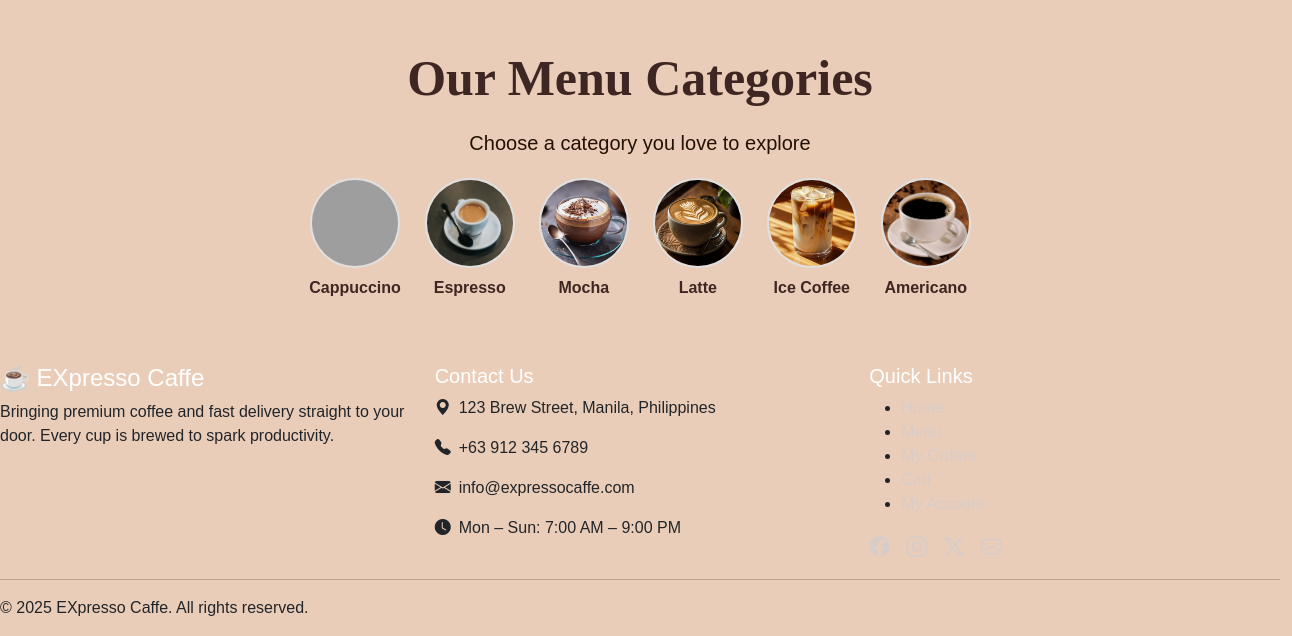
Repository: celestemoneda8-byte/coffee
Page: http://localhost/customer/pages/index.php
The author's editor kept a copy of each file at every save. The page is drawn from the files as they stood at one save, then again after the next save.
The browser window is 1280 px wide. The page is 1292 px wide, so the pictures cover 1292 px, including what lies to the right of the window. The pictures show the part of the page from y = 759 to 1395 px (the page is 1395 px tall before and 1388 px after).
Pictures or frames that could not be fetched are drawn as grey boxes. The page is run by PHP 8.4 with error messages shown; the project is at /var/www/html/.

Above is the page before, as saved 2025-12-17 06:05:10.

### customer/pages/index.php
<?php
session_start();
require_once "../config/db_connect.php";
?>
<!DOCTYPE html>
<html lang="en">
<head>
  <meta charset="UTF-8">
  <meta name="viewport" content="width=device-width, initial-scale=1.0">
  <title>Welcome to Expresso Café</title>
  <link href="https://fonts.googleapis.com/css2?family=Poppins:wght@400;500;700&display=swap" rel="stylesheet">
  <link href="https://cdn.jsdelivr.net/npm/bootstrap@5.3.0/dist/css/bootstrap.min.css" rel="stylesheet">
  <link href="https://cdn.jsdelivr.net/npm/bootstrap-icons@1.11.3/font/bootstrap-icons.css" rel="stylesheet">
  <link rel="stylesheet" href="../css/index.css">
</head>

<body>

<header>
  <nav class="navbar navbar-expand-lg" style="background: #3e2723; padding: 12px 20px; box-shadow: 0 2px 10px rgba(0,0,0,0.15);">
    <div class="container-fluid">

      <a class="navbar-brand navbar-brand-custom d-flex align-items-center gap-2" href="index.php">
        <img src="../images/expresso-logo.png" alt="Expresso Logo" style="height: 55px; width: auto;">
        <span style="font-weight: 700; color: #f5e6d8; font-size: 1.3rem;">EXpresso Caffe</span>
      </a>

      <button class="navbar-toggler" type="button" data-bs-toggle="collapse" data-bs-target="#navbarNav" style="border-color: #d4a574;">
        <span class="navbar-toggler-icon" style="filter: invert(1);"></span>
      </button>

      <div class="collapse navbar-collapse" id="navbarNav">
        <ul class="navbar-nav mx-auto mb-2 mb-lg-0 gap-2">
          <li class="nav-item"><a class="nav-btn btn" href="index.php" style="color: #f5e6d8; border-color: #d4a574;">Home</a></li>
          <li class="nav-item"><a class="nav-btn btn" href="menu.php" style="color: #f5e6d8; border-color: #d4a574;">Menu</a></li>
          <li class="nav-item"><a class="nav-btn btn" href="#contact" style="color: #f5e6d8; border-color: #d4a574;">About Us</a></li>
          <li class="nav-item"><a class="nav-btn btn" href="#contact" style="color: #f5e6d8; border-color: #d4a574;">Contact</a></li>
        </ul>

        <a href="<?= isset($_SESSION['customer_id']) ? 'logout.php' : 'login.php'; ?>" class="btn-login text-decoration-none" style="background: #d4a574; color: #3e2723;">
          <?= isset($_SESSION['customer_id']) ? 'Logout' : 'Login'; ?>
        </a>


      </div>
    </div>
  </nav>
</header>
<!-- HOME CAROUSEL -->
<div id="homeCarousel" class="carousel slide" data-bs-ride="carousel">

  <div class="carousel-inner">

    <!-- FIRST SLIDE (tagline + button on left side, no logo) -->
    <div class="carousel-item active">
      <img src="../images/expresso-background.jpg" class="d-block w-100" style="height: 93vh; object-fit: cover;">

      <div class="carousel-caption d-flex flex-column align-items-start justify-content-center"
           style="top: 50%; left: 8%; transform: translateY(-50%); text-align: left; max-width: 450px;">

        <h1 class="home-title mb-3" style="font-size: 2.5rem; font-weight: 700; color: #3e2723; line-height: 1.2;">
          Want a productive day?
        </h1>

        <p class="home-tagline mb-4" style="font-size: 1.3rem; color: #5d4037;">
          Get a shot of Expresso Coffee.
        </p>

        <a href="<?= isset($_SESSION['customer_id']) ? 'menu.php' : 'register.php' ?>" id="orderNowBtn" class="cssbuttonsIoButton text-decoration-none">
          Order Now!
          <div class="icon">
            <svg height="24" width="24" viewBox="0 0 24 24">
              <path d="M16.172 11l-5.364-5.364 1.414-1.414L20 12l-7.778 7.778-1.414-1.414L16.172 13H4v-2z"
                fill="currentColor"></path>
            </svg>
          </div>
        </a>

      </div>
    </div>

    <!-- SECOND SLIDE -->
    <div class="carousel-item">
      <img src="../images/carousel-image2.jpg" class="d-block w-100" style="height: 93vh; object-fit: cover;">
    </div>

    <!-- THIRD SLIDE -->
    <div class="carousel-item">
      <img src="../images/carousel-image3.jpg" class="d-block w-100" style="height: 93vh; object-fit: cover;">
    </div>

  </div>

  <!-- CONTROLS -->
  <button class="carousel-control-prev" type="button" data-bs-target="#homeCarousel" data-bs-slide="prev">
    <span class="carousel-control-prev-icon"></span>
  </button>

  <button class="carousel-control-next" type="button" data-bs-target="#homeCarousel" data-bs-slide="next">
    <span class="carousel-control-next-icon"></span>
  </button>

</div>
<!-- MENU SECTION -->
<section id="menu" class="menu-section mt-5 mb-5">

  <div class="text-center">
    <h2 class="menu-title-custom">Our Menu Categories</h2>
    <p class="menu-subtitle">Choose a category you love to explore</p>
  </div>

  <!-- Categories (unchanged) -->
  <div class="menu-categories d-flex justify-content-center flex-wrap gap-4 mb-5">
    <!-- SAME AS YOUR HTML -->
    <div class="menu-item text-center category-btn" data-category="cappuccino">
      <img src="../images/cappuccino.jpg"><p>Cappuccino</p>
    </div>

    <div class="menu-item text-center category-btn" data-category="espresso">
      <img src="../images/espresso.jpg"><p>Espresso</p>
    </div>

    <div class="menu-item text-center category-btn" data-category="mocha">
      <img src="../images/mocha.jpg"><p>Mocha</p>
    </div>

    <div class="menu-item text-center category-btn" data-category="latte">
      <img src="../images/latte.jpg"><p>Latte</p>
    </div>

    <div class="menu-item text-center category-btn" data-category="ice-coffee">
      <img src="../images/ice-coffee.jpg"><p>Ice Coffee</p>
    </div>

    <div class="menu-item text-center category-btn" data-category="americano">
      <img src="../images/americano.jpg"><p>Americano</p>
    </div>
  </div>
</section>

<script src="https://cdn.jsdelivr.net/npm/bootstrap@5.3.0/dist/js/bootstrap.bundle.min.js"></script>
<script>
// Handle category button clicks to navigate to menu with selected category
document.querySelectorAll(".category-btn").forEach(btn => {
  btn.addEventListener("click", function() {
    const category = this.getAttribute("data-category");
    // Redirect to menu page with category parameter
    window.location.href = `menu.php?category=${encodeURIComponent(category)}`;
  });
});
</script>
<?php require_once 'footer.php'; ?>
</body>
</html>

### customer/config/db_connect.php
<?php
// db_connect.php - Customer side database connection
// Create a mysqli $conn variable for use throughout the application

$DB_HOST = '127.0.0.1';
$DB_USER = 'root';
$DB_PASS = ''; // set if you have a password
$DB_NAME = 'expresso_caffe'; // change to your DB name
$DB_PORT = 3306; // usually 3306

// Create connection and expose $conn variable
$conn = new mysqli($DB_HOST, $DB_USER, $DB_PASS, $DB_NAME, $DB_PORT);

// Check connection
if ($conn->connect_errno) {
    // Log the real error and show a friendly message
    error_log("MySQL connection error ({$conn->connect_errno}): {$conn->connect_error}");
    // In development you may want to see the error:
    // die("Database connection failed: " . $conn->connect_error);
    // For production:
    die("Database connection error. Please check logs.");
}

// Optional: set charset
if (! $conn->set_charset('utf8mb4')) {
    error_log("Failed to set DB charset: " . $conn->error);
}
?>

### customer/pages/footer.php
<footer id="contact" class="footer">
  <div class="footer-container">

    <div class="row">

      <!-- Brand -->
      <div class="col-md-4 footer-section">
        <h4 class="footer-title">☕ EXpresso Caffe</h4>
        <p>
          Bringing premium coffee and fast delivery straight to your door.
          Every cup is brewed to spark productivity.
        </p>
      </div>

      <!-- Contact Info -->
      <div class="col-md-4 footer-section">
        <h5 class="footer-subtitle">Contact Us</h5>
        <p><i class="bi bi-geo-alt-fill me-2"></i>123 Brew Street, Manila, Philippines</p>
        <p><i class="bi bi-telephone-fill me-2"></i>+63 912 345 6789</p>
        <p><i class="bi bi-envelope-fill me-2"></i>info@expressocaffe.com</p>
        <p><i class="bi bi-clock-fill me-2"></i>Mon – Sun: 7:00 AM – 9:00 PM</p>
      </div>

      <!-- Quick Links -->
      <div class="col-md-4 footer-section">
        <h5 class="footer-subtitle">Quick Links</h5>

        <ul class="footer-links">
          <li><a href="index.php" class="footer-link">Home</a></li>
          <li><a href="menu.php" class="footer-link">Menu</a></li>
          <li><a href="order.php" class="footer-link">My Orders</a></li>
          <li><a href="cart.php" class="footer-link">Cart</a></li>
          <li><a href="account.php" class="footer-link">My Account</a></li>
        </ul>

        <div class="footer-social">
          <a href="#" class="social-icon" aria-label="Facebook"><i class="bi bi-facebook"></i></a>
          <a href="#" class="social-icon" aria-label="Instagram"><i class="bi bi-instagram"></i></a>
          <a href="#" class="social-icon" aria-label="Twitter"><i class="bi bi-twitter-x"></i></a>
          <a href="mailto:info@expressocaffe.com" class="social-icon" aria-label="Email"><i class="bi bi-envelope"></i></a>
        </div>
      </div>

    </div>

    <hr class="footer-divider">

    <p class="footer-bottom">
      © <?php echo date('Y'); ?> EXpresso Caffe. All rights reserved.
    </p>

  </div>
</footer>

### customer/css/index.css
* {
  margin: 0;
  padding: 0;
  font-family: sans-serif;
}
html {
  scroll-behavior: smooth;
}
body {
  background-color: #eacdb9;
  min-height: 100vh;
  overflow-x: hidden;
  font-family: 'Poppins', sans-serif;
}
.navbar-menu {
  width: 100%;
  color: #231103;
  padding: 10px;
  position: fixed;
  top: 0;
  left: 0;
  z-index: 9999;
}
.navbar-brand{
  font-weight: bolder;
}
.nav-btn {
  font-weight: bolder;
  border-color: #3e2723;
  color: #3e2723;
  border-radius: 10px;
}
.nav-btn:hover {
  background-color: #3e2723;
  color: #b07b56;
  border-radius: 10px;
}

.btn-login {
  background-color: #3e2723;
  color: #fff;
  font-weight: bold;
  text-decoration: none;
  border-radius: 8px;
  padding: 8px 20px;
  border: none;
  cursor: pointer;
  transition: 0.3s;
}
.btn-login:hover {
  background-color: #b07b56;
  box-shadow: 0 0 0 5px #b07b565f;
  color: #3e2723;
}
.navbar-dark .navbar-toggler-icon {
    filter: invert(1);
}
.navbar-nav .nav-item {
    margin-right: 8px;
}
.nav-btn, .btn-login {
    white-space: nowrap;
}
.container{
  background: url('../images/expresso-background.jpg');
  background-position: center left;
  background-size: cover;
  background-attachment: fixed;
  border-radius: 10px;
  margin-top: 10px;
}
#homeCarousel .carousel-caption {
  position: absolute;
  top: 50%;
  left: 8%;
  transform: translateY(-50%);
  text-align: left;
  max-width: 520px;
  margin-left: 0;
}
.home-img {
  width: 200px;
  max-width: 100%;
  height: auto;
}
.home-tagline {
  margin: 0;
  font-family: cursive;
  color: #231103;
  font-weight: bold;
  font-size: 1.3rem;
  line-height: 1.3;
}
.cssbuttonsIoButton {
  background: #3e2723;
  color: #e29a66;
  font-family: inherit;
  border: 1px solid #b07b56;
  width: fit-content;
  text-align: center;
  font-size: 17px;
  font-weight: 600;
  text-decoration: none;
  border-radius: 2rem;
  letter-spacing: 0.05em;
  display: inline-flex;     /* fix shrinking */
  align-items: center;
  gap: 8px;
  overflow: hidden;
  position: relative;
  height: 2.8em;
  padding-left: 1.2rem;
  padding-right: 3.2rem;
  cursor: pointer;
  transition: background-color 0.4s ease, color 0.4s ease;
}

.cssbuttonsIoButton .icon {
  background: #ddb394;
  position: absolute;
  display: flex;
  align-items: center;
  justify-content: center;
  height: 2.2em;
  width: 2.2em;
  border-radius: 2rem;
  right: 0.35em;
  transition: background-position 0.5s ease-out, border 0.2s ease-out, color 0.5s ease-out;
}

/* --- HOME CAROUSEL CAPTION POSITION --- */
#homeCarousel .carousel-caption {
  position: absolute;
  top: 42%;
  left: 8%;
  transform: translateY(-50%);
  text-align: left;
  max-width: 500px;
}

.home-img {
  width: 220px;
  max-width: 100%;
  height: auto;
}

.home-tagline {
  margin: 0;
  font-family: cursive;
  color: #231103;
  font-weight: bold;
  font-size: 1.3rem;
  line-height: 1.4;
}

/* Responsive logo and caption */
@media (max-width: 768px) {
  #homeCarousel .carousel-caption {
    left: 5%;
    max-width: 90%;
  }
  .home-img {
    width: 150px;
  }
  .home-tagline {
    font-size: 1rem;
  }
}

@media (max-width: 480px) {
  .home-img {
    width: 120px;
  }
  .home-tagline {
    font-size: 0.9rem;
  }
}

.cssbuttonsIoButton {
  background: #3e2723;
  color: #e29a66;
  font-family: inherit;
  border: 1px solid #b07b56;
  width: fit-content;
  text-align: center;
  font-size: 17px;
  font-weight: 600;
  border-radius: 2rem;
  letter-spacing: 0.05em;
  display: inline-flex;
  align-items: center;
  gap: 8px;
  overflow: hidden;
  position: relative;
  min-height: 3.1em;      /* FIX BUTTON VISIBILITY */
  padding-left: 1.2rem;
  padding-right: 3.2rem;
  cursor: pointer;
  transition: background-color 0.4s ease, color 0.4s ease;
}

.cssbuttonsIoButton .icon {
  background: #ddb394;
  position: absolute;
  display: flex;
  align-items: center;
  justify-content: center;
  height: 2.2em;
  width: 2.2em;
  border-radius: 2rem;
  right: 0.35em;
}


.cssbuttonsIoButton:hover {
  background-color: #e29a66;
  color: #231103;
  border: 1px solid #3e2723;
}
.cssbuttonsIoButton .icon svg {
  width: 1.1em;
  transition: transform 0.3s ease-out;
  will-change: transform;
  color: #231103;
}
.cssbuttonsIoButton:active .icon {
  transform: scale(0.95);
}
.title {
  margin: 0 auto;
  font-weight: 400;
}


/* MENU SECTION */
.menu-title-custom {
  font-weight: 700;
  color: #3e2723;
  font-family: cursive;
  margin: 0; /* remove default p margin */
  font-size: 50px;
}
.menu-subtitle {
  color: #231103;
  font-size: 20px;
  max-width: 900px;
  margin: 0 auto;
  padding-top: 20px;
}
/* Category Icons */
.menu-item img {
  width: 90px;
  height: 90px;
  border-radius: 50%;
  object-fit: cover;
  border: 2px solid #e0e0e0;
  transition: transform 0.3s ease, box-shadow 0.3s ease;
}
.menu-item p {
  margin-top: 8px;
  font-weight: 600;
  color: #3e2723;
}
.menu-item:hover img {
  transform: scale(1.1);
  box-shadow: 0 4px 12px rgba(0,0,0,0.2);
}
.menu-categories{
  padding-top: 20px;
}

.best-selling{
  margin: 0;
  padding: 10px;
}
.best-selling h3{
  font-family: cursive;
  font-size: 40px;
  font-weight: bold;
  text-align: center;
  color: #231103;
  margin-bottom: 5px;
  padding-bottom: 20px;
}
/* Dish Cards */
.dish-card {
  overflow: hidden;
  border-radius: 12px;
  transition: transform 0.3s ease, box-shadow 0.3s ease;
}
.dish-card img {
  width: 100%;
  height: 200px;
  object-fit: cover;
  border-radius: 12px;
}
.dish-card:hover {
  transform: translateY(-5px);
  box-shadow: 0 6px 16px rgba(0,0,0,0.2);
}



/* ===== Footer Styling ===== */
.footer-link {
  color: #d7ccc8;
  text-decoration: none;
  transition: color 0.3s ease;
}

.footer-link:hover {
  color: #fff;
}

.social-icon {
  display: inline-block;
  color: #d7ccc8;
  font-size: 1.3rem;
  margin-right: 12px;
  transition: color 0.3s ease, transform 0.2s ease;
}

.social-icon:hover {
  color: #fff;
  transform: translateY(-3px);
}

footer h4, footer h5 {
  color: #fff;
}


/* Best Selling Card Background */
#bestSelling .card {
    background-color: #fdf0d5 !important;
    border: none;
    border-radius: 12px;
}
#bestSelling .card .btn-primary {
    background-color: #3e2723;
    border-color: #3e2723;
}
#bestSelling .card .btn-success {
    background-color: #b07b56;
    border-color: #b07b56;
}


/* --- RESPONSIVE FIXES --- */
@media (max-width: 768px) {

  #homeCarousel .carousel-caption {
    left: 5%;
    max-width: 85%;
  }

  .home-img {
    width: 170px;
  }

  .home-tagline {
    font-size: 1.2rem;
  }

  .cssbuttonsIoButton {
    font-size: 15px;
    padding-left: 1rem;
    padding-right: 3rem;
    height: 2.6em;
  }

  .cssbuttonsIoButton .icon {
    height: 2em;
    width: 2em;
  }

  .navbar .d-flex.align-items-center {
    flex-direction: column;
    gap: 0.5rem;
    align-items: flex-end;
    margin-top: 0.5rem;
  }

  .btn-login {
    display: inline-block !important;
  }

  .menu-item img {
    width: 70px;
    height: 70px;
  }

  .dish-card img {
    height: 150px;
  }

  .menu-subtitle {
    font-size: 14px;
  }

  .container {
    padding: auto 20px;
  }
}

After the next save:
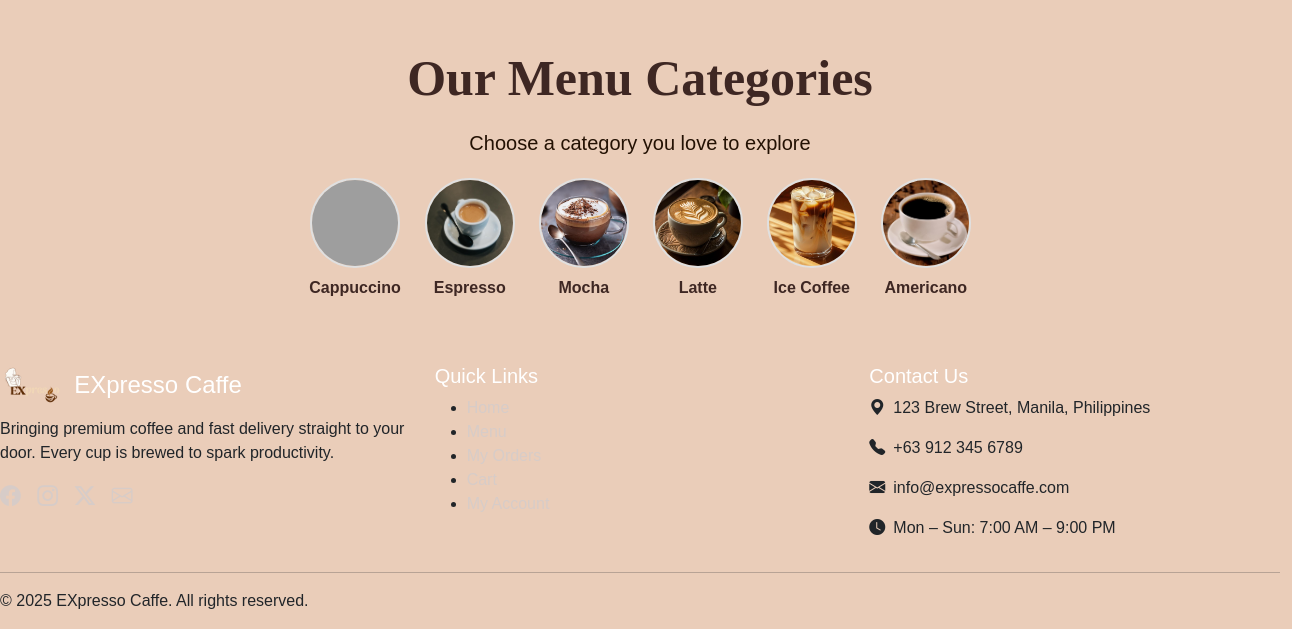
Saved 23 s later.
--- a/customer/pages/footer.php
+++ b/customer/pages/footer.php
@@ -5,11 +5,32 @@
 
       <!-- Brand -->
       <div class="col-md-4 footer-section">
-        <h4 class="footer-title">☕ EXpresso Caffe</h4>
+        <h4 class="footer-title">
+          <img src="../images/expresso-logo.png" alt="Expresso Logo" style="height: 45px; width: auto;">
+          EXpresso Caffe
+        </h4>
         <p>
           Bringing premium coffee and fast delivery straight to your door.
           Every cup is brewed to spark productivity.
         </p>
+        <div class="footer-social">
+          <a href="#" class="social-icon" aria-label="Facebook"><i class="bi bi-facebook"></i></a>
+          <a href="#" class="social-icon" aria-label="Instagram"><i class="bi bi-instagram"></i></a>
+          <a href="#" class="social-icon" aria-label="Twitter"><i class="bi bi-twitter-x"></i></a>
+          <a href="mailto:info@expressocaffe.com" class="social-icon" aria-label="Email"><i class="bi bi-envelope"></i></a>
+        </div>
+      </div>
+
+      <!-- Quick Links -->
+      <div class="col-md-4 footer-section">
+        <h5 class="footer-subtitle">Quick Links</h5>
+        <ul class="footer-links">
+          <li><a href="index.php" class="footer-link">Home</a></li>
+          <li><a href="menu.php" class="footer-link">Menu</a></li>
+          <li><a href="order.php" class="footer-link">My Orders</a></li>
+          <li><a href="cart.php" class="footer-link">Cart</a></li>
+          <li><a href="account.php" class="footer-link">My Account</a></li>
+        </ul>
       </div>
 
       <!-- Contact Info -->
@@ -19,26 +40,6 @@
         <p><i class="bi bi-telephone-fill me-2"></i>+63 912 345 6789</p>
         <p><i class="bi bi-envelope-fill me-2"></i>info@expressocaffe.com</p>
         <p><i class="bi bi-clock-fill me-2"></i>Mon – Sun: 7:00 AM – 9:00 PM</p>
-      </div>
-
-      <!-- Quick Links -->
-      <div class="col-md-4 footer-section">
-        <h5 class="footer-subtitle">Quick Links</h5>
-
-        <ul class="footer-links">
-          <li><a href="index.php" class="footer-link">Home</a></li>
-          <li><a href="menu.php" class="footer-link">Menu</a></li>
-          <li><a href="order.php" class="footer-link">My Orders</a></li>
-          <li><a href="cart.php" class="footer-link">Cart</a></li>
-          <li><a href="account.php" class="footer-link">My Account</a></li>
-        </ul>
-
-        <div class="footer-social">
-          <a href="#" class="social-icon" aria-label="Facebook"><i class="bi bi-facebook"></i></a>
-          <a href="#" class="social-icon" aria-label="Instagram"><i class="bi bi-instagram"></i></a>
-          <a href="#" class="social-icon" aria-label="Twitter"><i class="bi bi-twitter-x"></i></a>
-          <a href="mailto:info@expressocaffe.com" class="social-icon" aria-label="Email"><i class="bi bi-envelope"></i></a>
-        </div>
       </div>
 
     </div>
